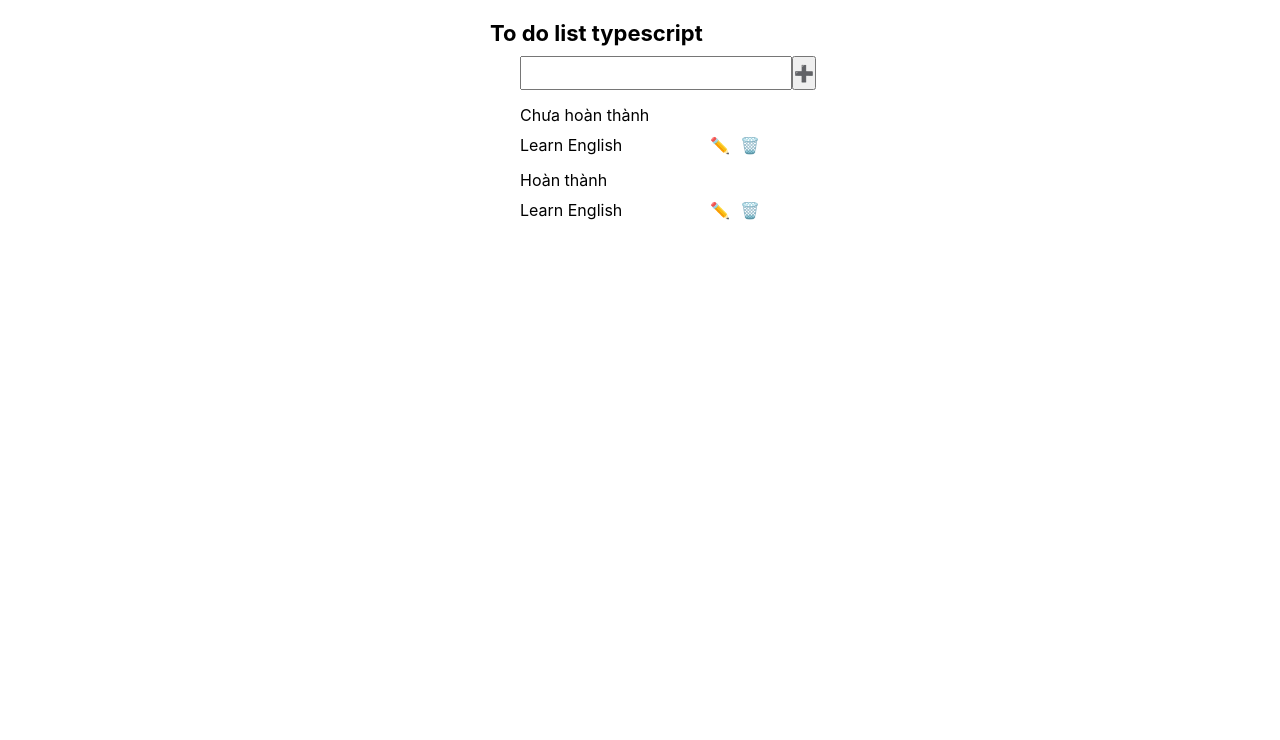
Repository: ChauVanLoc/TodoList-Reactjs
Page: / (app in todo-app/)
The author's editor kept a copy of each file at every save. The page is drawn from the files as they stood at one save, then again after the next save.
The browser window is 1280 px wide. The pictures show the whole page.
The project was rebuilt for these pictures with package versions that can differ from the ones it lists, and the page was loaded fresh each time.

Above is the page before, as saved 2022-12-04 19:54:59.

### todo-app/src/index.tsx
import React from "react";
import ReactDOM from "react-dom/client";
import TodoList from "./components/TodoList/TodoList";
import "./index.css";
import reportWebVitals from "./reportWebVitals";

const root = ReactDOM.createRoot(
  document.getElementById("root") as HTMLElement
);
root.render(
  <React.StrictMode>
    <TodoList />
  </React.StrictMode>
);

// If you want to start measuring performance in your app, pass a function
// to log results (for example: reportWebVitals(console.log))
// or send to an analytics endpoint. Learn more: https://bit.ly/CRA-vitals
reportWebVitals();

### todo-app/src/components/TodoList/TodoList.tsx
import React from "react";
import TaskInput from "../TaskInput/TaskInput";
import TaskList from "../TaskList/TaskList";
import TodoStyle from "./TodoListStyle.module.scss";

type Props = {};

function TodoList({}: Props) {
  return (
    <div className={TodoStyle["container"]}>
      <div className={TodoStyle["header"]}>To do list typescript</div>
      <TaskInput />
      <div>
        <TaskList title="Chưa hoàn thành" />
        <TaskList title="Hoàn thành" />
      </div>
    </div>
  );
}

export default TodoList;

### todo-app/src/index.css
*,
*:before,
*:after {
  box-sizing: border-box;
}

* {
  margin: 0;
  padding: 0;
  font: inherit;
}

img,
picture,
svg,
video {
  display: block;
  max-width: 100%;
}

body {
  min-height: 100vh;
  margin: 0;
  font-family: -apple-system, BlinkMacSystemFont, 'Segoe UI', 'Roboto', 'Oxygen',
    'Ubuntu', 'Cantarell', 'Fira Sans', 'Droid Sans', 'Helvetica Neue',
    sans-serif;
  -webkit-font-smoothing: antialiased;
  -moz-osx-font-smoothing: grayscale;
}

code {
  font-family: source-code-pro, Menlo, Monaco, Consolas, 'Courier New',
    monospace;
}

### todo-app/src/components/TaskInput/TaskInput.tsx
import React from "react";
import taskInputStyled from "./TaskInputStyle.module.scss";
type Props = {};

function TaskInput({}: Props) {
  return (
    <div className={taskInputStyled["wrapTaskInput"]}>
      <input type="text" name="keySearch" id="" />
      <button>➕</button>
    </div>
  );
}

export default TaskInput;

### todo-app/src/components/TaskList/TaskList.tsx
import React from "react";
import taskListStyled from "./TaskListStyle.module.scss";
type Props = {
  title: string;
  // content;
};

function TaskList({ title }: Props) {
  return (
    <div className={taskListStyled["content"]}>
      <div className={taskListStyled["title"]}>{title}</div>
      <div className={taskListStyled["wrapContent"]}>
        <div className={taskListStyled["row"]}>
          <div>
            <span>Learn English</span>
          </div>
          <div className={taskListStyled["toolBox"]}>
            <span>✏️</span>
            <span>🗑️</span>
          </div>
        </div>
      </div>
    </div>
  );
}

export default TaskList;

### todo-app/src/components/TodoList/TodoListStyle.module.scss
.container {
  width: 300px;
  height: 400px;
  margin: 20px auto;
  .header {
    width: 240px;
    font-weight: bold;
    font-size: 22px;
    margin-bottom: 10px;
  }
}

### todo-app/src/components/TaskInput/TaskInputStyle.module.scss
.wrapTaskInput {
  width: 240px;
  height: auto;
  margin-left: auto;
  margin-right: auto;
  display: flex;
  justify-content: space-between;
  input {
    padding: 5px 10px;
    outline: none;
  }
  button {
  }
}

### todo-app/src/components/TaskList/TaskListStyle.module.scss
.content {
  width: 240px;
  height: auto;
  margin: 15px auto 0 auto;
  .title {
    margin-bottom: 10px;
  }
  .wrapContent {
    .row {
      display: flex;
      flex-direction: row;
      justify-content: space-between;
    }
    .toolBox {
      span:nth-child(2) {
        margin-left: 10px;
      }
    }
  }
}

Loaded but not shown: todo-app/public/index.html (common file); todo-app/src/reportWebVitals.ts (common file)

After the next save:
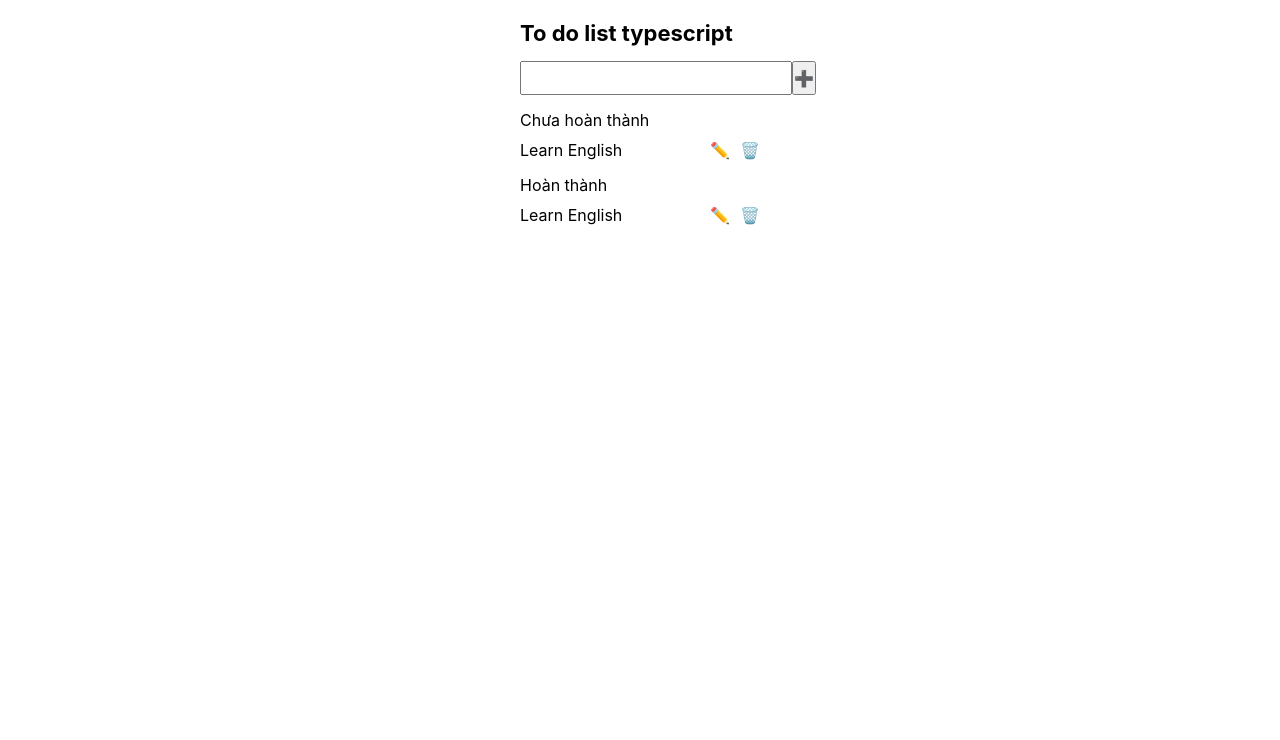
Saved 55 s later.
--- a/todo-app/src/components/TodoList/TodoListStyle.module.scss
+++ b/todo-app/src/components/TodoList/TodoListStyle.module.scss
@@ -6,6 +6,6 @@
     width: 240px;
     font-weight: bold;
     font-size: 22px;
-    margin-bottom: 10px;
+    margin: 0 auto 15px auto;
   }
 }
